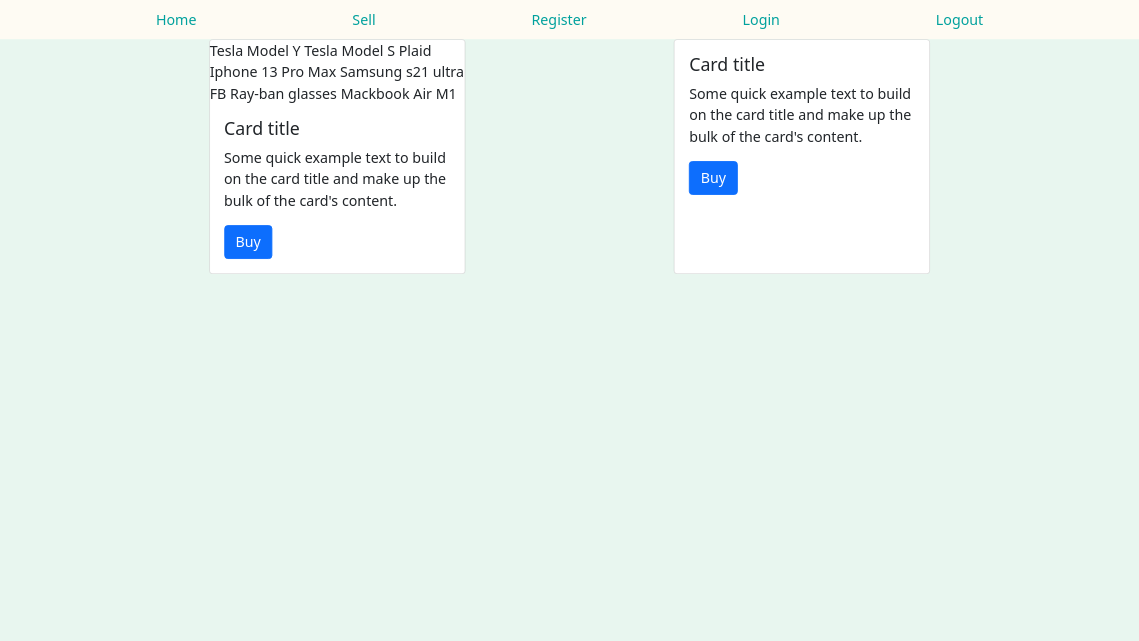
Repository: RiteshK555/itw-project
Page: http://localhost/
The author's editor kept a copy of each file at every save. The page is drawn from the files as they stood at one save, then again after the next save.
The browser window is 1280 px wide. The pictures show the whole page, at 89% of full size.
The page is served by the project's application, run on Django 3.2 (student_olx/manage.py). Other server files are loaded and not shown. The page reads the database file committed with the project.

Above is the page before, as saved 2021-09-19 13:31:21.

### student_olx/main/templates/main/home.html
{%extends 'main/base.html'%}
{% load static %}
{%block title%}
Home
{%endblock%}
{% block styles %}
<link rel="stylesheet" type="text/css" href="{% static 'main/home.css'%}">
{% endblock %}
{%block content %}
<div id="itemz">
<div class="card" style="width: 18rem;">
{%for product in  products%}
{{product.product_name}}
{%endfor%}
  {% comment %} <img src="..." class="card-img-top" alt="..."> {% endcomment %}
  <div class="card-body">
    <h5 class="card-title">Card title</h5>
    <p class="card-text">Some quick example text to build on the card title and make up the bulk of the card's content.</p>
    <a href="#" class="btn btn-primary">Buy</a>
  </div>
</div>
<div class="card" style="width: 18rem;">
  {% comment %} <img src="..." class="card-img-top" alt="..."> {% endcomment %}
  <div class="card-body">
    <h5 class="card-title">Card title</h5>
    <p class="card-text">Some quick example text to build on the card title and make up the bulk of the card's content.</p>
    <a href="#" class="btn btn-primary">Buy</a>
  </div>
</div>
</div>
{%endblock %}

### student_olx/main/templates/main/base.html
{% load static%}
<!DOCTYPE html>
<!--[if lt IE 7]>      <html class="no-js lt-ie9 lt-ie8 lt-ie7"> <![endif]-->
<!--[if IE 7]>         <html class="no-js lt-ie9 lt-ie8"> <![endif]-->
<!--[if IE 8]>         <html class="no-js lt-ie9"> <![endif]-->
<!--[if gt IE 8]>      <html class="no-js"> <!--<![endif]-->
<html lang="en">
    <head>
        <meta charset="utf-8">
        <meta http-equiv="X-UA-Compatible" content="IE=edge">
        <title>{%block title%}This is Base Title{%endblock%}</title>
        <meta name="description" content="">
        <link href="https://cdn.jsdelivr.net/npm/bootstrap@5.1.1/dist/css/bootstrap.min.css" rel="stylesheet" integrity="sha384-F3w7mX95PdgyTmZZMECAngseQB83DfGTowi0iMjiWaeVhAn4FJkqJByhZMI3AhiU" crossorigin="anonymous">
        <meta name="viewport" content="width=device-width, initial-scale=1">
        <link rel="stylesheet" type="text/css" href="{% static 'main/style.css'%}">
        {% block styles %}
        {% endblock %}
    </head>
    <div class="header">
        <a href="/">Home</a>
        <a href="/sell">Sell</a>
       <a href="/register">Register</a>
        <a href="/login">Login</a>
        <a href="/logout">Logout</a>
    </div>
    <body>
    <div id="content">
    {%block content %}
    {% endblock %}
    </div>
        <!--[if lt IE 7]>
            <p class="browsehappy">You are using an <strong>outdated</strong> browser. Please <a href="#">upgrade your browser</a> to improve your experience.</p>
        <![endif]-->
        <script src="https://cdn.jsdelivr.net/npm/bootstrap@5.1.1/dist/js/bootstrap.bundle.min.js" integrity="sha384-/bQdsTh/da6pkI1MST/rWKFNjaCP5gBSY4sEBT38Q/9RBh9AH40zEOg7Hlq2THRZ" crossorigin="anonymous"></script>
        <script src="" async defer></script>
    </body>
</html>

### student_olx/main/models.py
from django.db import models

# Create your models here.
class product(models.Model):
    product_name=models.CharField(max_length=200,default='')
    description=models.CharField(max_length=600,default='')
    def __str__(self):
        return self.product_name
# class Item(models.Model):
#     todolist=models.ForeignKey(ToDoList,on_delete=models.CASCADE)
#     text=models.CharField(max_length=100)
#     complete=models.BooleanField()
#     def __str__(self):
#         return self.text

### student_olx/main/views.py
from django.http.response import HttpResponseRedirect
from django.shortcuts import render,redirect
from .models import product

# Create your views here.
from django.http import HttpResponse
from .forms import CreateNewProduct
def index(response,id):
    lis=product.objects.get(id=id)
    return render(response,"main/base.html",{"name":lis})
def home(response):
    all_products=product.objects.all()
    return render(response,"main/home.html",{"products":all_products})
def sell(response):
    if response.method == "POST":
        form=CreateNewProduct(response.POST)
        if form.is_valid():
            p_n=form.cleaned_data["product_name"]
            d=form.cleaned_data["description"]
            m=product(product_name=p_n,description=d)
            m.save()
        return render(response,"main/home.html")
    else:
        form=CreateNewProduct()
    return render(response,"main/sell.html",{"form":form})
def buy(response):
    return render(response,"main/buy.html",{})

### student_olx/student_olx/urls.py
"""student_olx URL Configuration

The `urlpatterns` list routes URLs to views. For more information please see:
    https://docs.djangoproject.com/en/3.1/topics/http/urls/
Examples:
Function views
    1. Add an import:  from my_app import views
    2. Add a URL to urlpatterns:  path('', views.home, name='home')
Class-based views
    1. Add an import:  from other_app.views import Home
    2. Add a URL to urlpatterns:  path('', Home.as_view(), name='home')
Including another URLconf
    1. Import the include() function: from django.urls import include, path
    2. Add a URL to urlpatterns:  path('blog/', include('blog.urls'))
"""
from django.contrib import admin
from django.urls import path,include
# from main import views as v
from  registration import views
urlpatterns = [
    path('admin/', admin.site.urls),
    path("register/",views.register,name="register"),
    path("",include("main.urls")),
    path("",include("django.contrib.auth.urls")),
]

### student_olx/main/urls.py
from django.urls import path
from . import views
urlpatterns =[
    path("<int:id>",views.index,name="index"),
    path("",views.home,name="home"),
    path("sell/",views.sell,name="sell"),
    path("buy/",views.buy,name="buy"),
]

### student_olx/main/static/main/style.css
.header{
    display: flex;
    justify-content: space-evenly;
    padding-top: 10px;
    padding-bottom: 10px;
    background-color:#FEFBF3;
}
a{
    color:#00A19D;
    text-decoration: none;
}
body{
    margin:0;
    background-color:#E8F6EF;
}
#hello{
    color:red;
}

### student_olx/main/static/main/home.css

#itemz{
    display:flex;
    justify-content:space-evenly;
}

### student_olx/db.sqlite3 (the tables this page reads, as SQL)
CREATE TABLE "main_product" ("id" integer NOT NULL PRIMARY KEY AUTOINCREMENT, "product_name" varchar(200) NOT NULL, "description" varchar(600) NOT NULL, "seller_id" integer NOT NULL REFERENCES "auth_user" ("id") DEFERRABLE INITIALLY DEFERRED, "product_img" varchar(100) NOT NULL, "price" integer NOT NULL);
INSERT INTO "main_product" VALUES
(4, 'Tesla Model Y', 'Increased top speed from 135mph to 155mph 21’’ Überturbine Wheels Performance Brakes Lowered suspension Aluminum alloy pedals', 4, 'imgs/teslamodely.jpeg', 55555),
(5, 'Tesla Model S Plaid', 'Quickest accelerating car in production today 0-60 mph: 1.99s 1/4 mile: 9.23@155 mph trap speed 1,020 horsepower Three high performance motors with carbon-sleeved rotors Torque vectoring', 4, 'imgs/teslamodels_WYLDo9n.jpeg', 122222),
(6, 'Iphone 13 Pro Max', '5.4 and 6.1-inch sizes Similar to iPhone 12 lineup Smaller notch New colors Camera improvements A15 Chip 5G Pre-order September 17', 4, 'imgs/iphone13promax.jpg', 100000),
(7, 'Samsung s21 ultra', 'The Samsung Galaxy S21 Ultra 5G is the company''s most premium smartphone yet, with a strong focus on cameras. Just like the Galaxy S20 Ultra (Review), this new model boasts of 100X “space zoom” and 8K video recording, but with an improved shooting experience and even better image quality.', 4, 'imgs/samsungs21ultra.jpeg', 100000),
(8, 'FB Ray-ban glasses', 'Besides two 5-megapixel cameras, the glasses have three microphones and built-in speakers, so they can respond to voice commands and also be used for calls. The glasses are the latest step in Facebook''s initiative to develop wearable tech.', 4, 'imgs/fb.jpeg', 10000),
(9, 'Mackbook Air M1', 'The new Apple MacBook Air, MacBook Pro, and Mac mini with the Apple M1 SoC have kickstarted the company''s multi-year transition from Intel CPUs to its own in-house silicon. Apple''s previous pivotal computing shift came about 15 years ago when it announced its transition from the PowerPC architecture to Intel CPUs, and now it''s doing it again.', 4, 'imgs/macbook.jpeg', 100000);

After the next save:
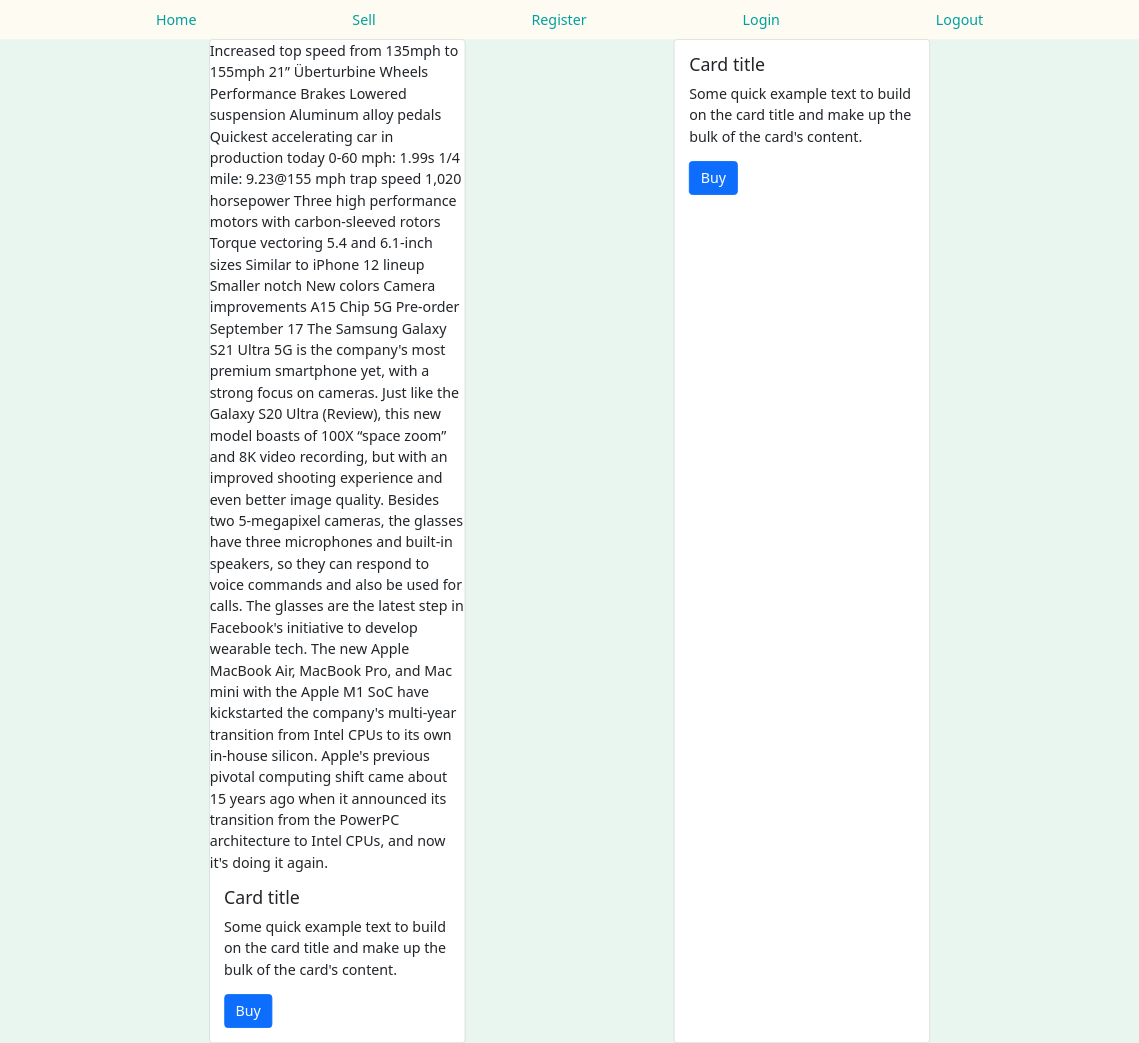
Saved 28 s later.
--- a/student_olx/main/templates/main/home.html
+++ b/student_olx/main/templates/main/home.html
@@ -10,7 +10,7 @@
 <div id="itemz">
 <div class="card" style="width: 18rem;">
 {%for product in  products%}
-{{product.product_name}}
+{{product.description}}
 {%endfor%}
   {% comment %} <img src="..." class="card-img-top" alt="..."> {% endcomment %}
   <div class="card-body">
